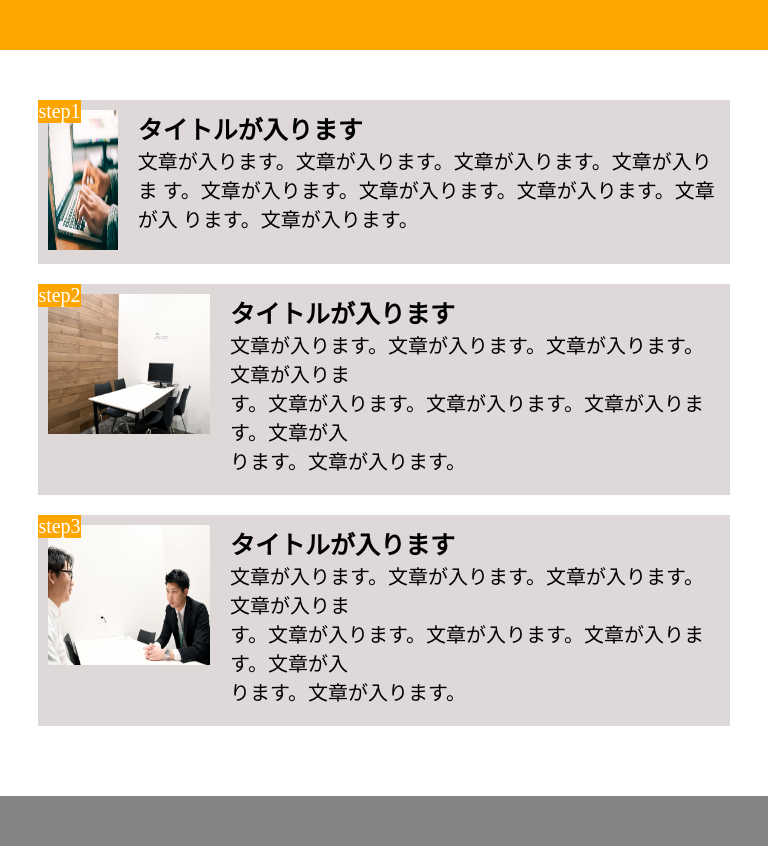
Repository: ishidaryu/ishidaryu
Page: HW/HW.html
The author's editor kept a record of every edit. The page is drawn from the files as they stood at one moment, then again after the next edit.
The browser window is 768 px wide. The pictures show the whole page.

Above is the page before.

### HW/HW.html
<!DOCTYPE html>
<html lang="ja">

  <head>
     <meta charset="UTF-8" />
     <link rel="stylesheet" href="HW.css" />
  </head>

  <body>

    <header></header>


    <main>
      <section class="blog">
        <div calss-="blog-box">

          <div class="blog-item">
            <div class="blog-box1">
              <img class="blog-image" src="flow01.png" />
              <p>
                step1
              </p>
            </div>

              <section class="blog-text">
                <h3 class="blog-text-headimg">
                  <p class="blog-title">
                    タイトルが入ります
                  </p>
                </h3>
              <p class="blog-date">
                文章が入ります。文章が入ります。文章が入ります。文章が入りま
                す。文章が入ります。文章が入ります。文章が入ります。文章が入
                ります。文章が入ります。
                </p>
              </section>
            </div>

          <div class="blog-item">
            <div class="blog-box2">

              <img class="blog-image" src="flow02.png" />
               <p style="text-align:center">
                step2
               </p>
            </div>

                <section class="blog-text">
                  <h3 class="blog-text-headimg">
                    <p class="blog-title">
                      タイトルが入ります
                    </p>
                  </h3>
                <p class="blog-date">
                      文章が入ります。文章が入ります。文章が入ります。文章が入りま<br />
                      す。文章が入ります。文章が入ります。文章が入ります。文章が入<br />
                      ります。文章が入ります。
                </p>
                </section>
          </div>

          <div class="blog-item">
            <div class="blog-box3">
              <img class="blog-image" src="flow03.png" />
              <p>
                step3
              </p>
            </div>
                <section class="blog-text">
                  <h3 class="blog-text-headimg">
                    <p class="blog-title">
                      タイトルが入ります
                    </p>
                </h3>
              <p class="blog-date">
                      文章が入ります。文章が入ります。文章が入ります。文章が入りま<br />
                      す。文章が入ります。文章が入ります。文章が入ります。文章が入<br />
                      ります。文章が入ります。
                </p>
                </section>
            </div>
        </section>
        </div>

    </main>


    <footer></footer>

  </body>
</html>

### HW/HW.css
* {
  margin: 0;
  padding: 0;
  box-sizing: border-box;

}



a {
  text-decoration: none;
}

header {
  width: 100%;
  height: 50px;
  background-color: orange;
}

main {
  width: 100%;
  display: flex;
  justify-content: center;
  margin: 0 auto;
  padding: 50px 0;
}

.blog {
  width: 90%;
  display: flex;
}


.blog-box {
  display: flex;
  flex-warp: wrap;
  padding-top: 50px;
}

.blog-box1 {
  position: relative;
}

.blog-box1 p {
  position: absolute;
  color: white;
  top: 0;
  left: 0;
  margin: 0;
  background: orange;
  font-size: 20px;
}

.blog-box2 {
  position: relative;
}

.blog-box2 p {
  position: absolute;
  color: white;
  top: 0;
  left: 0;
  margin: 0;
  background: orange;
  font-size: 20px;
}

.blog-box3 {
  position: relative;
}

.blog-box3 p {
  position: absolute;
  color: white;
  top: 0;
  left: 0;
  margin: 0;
  background: orange;
  font-size: 20px;
}

.blog-item {
  padding-bottom: 10px;
  margin-bottom: 20px;

  justify-content: flex-start;
  background-color: #dfd8d8;
}

.blog-image {
  width: 100%;
  height: 150px;
  padding: 10px 10px 0 10px;
}

.blog-text {
  padding: 10px;
}

.blog-text-heading {
  padding-bottom: 15px;
}

.blog-title {
  font-size: 25px;
}

.blog-date {
  font-size: 20px;
}


footer {
  width: 100%;
  height: 50px;
  background-color: #848282;
}


  @media screen and (max-width: 768px) {
    .blog-item {
    display: flex
  }


     /*
  .blog-box {
    display: block;
  }

  .blog-image {
    width: 50%;
  }

  .blog-text {
    width: 50%;
    padding-top: 5px;
  } */



}

After the next edit:
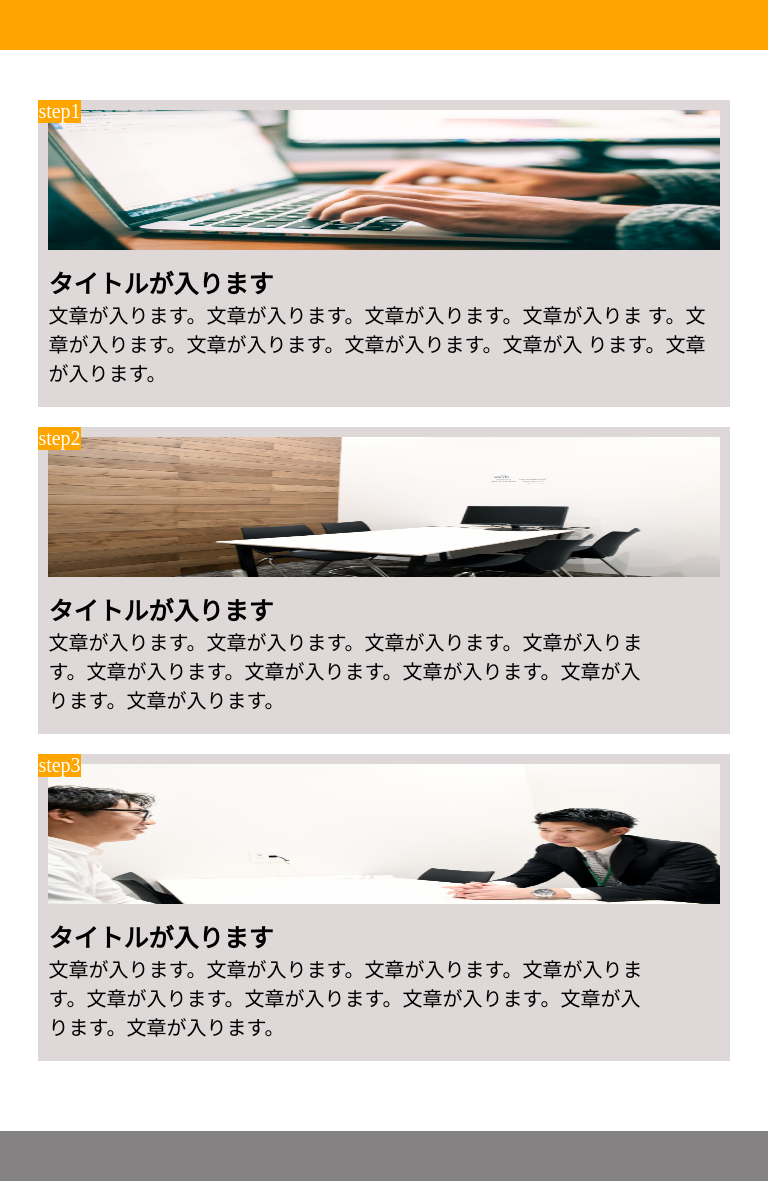
The edit:
--- a/HW/HW.css
+++ b/HW/HW.css
@@ -117,26 +117,8 @@
 }
 
 
-  @media screen and (max-width: 768px) {
-    .blog-item {
-    display: flex
+@media screen and (max-width:768px) {
+    .blog-box {
   }
 
-
-     /*
-  .blog-box {
-    display: block;
-  }
-
-  .blog-image {
-    width: 50%;
-  }
-
-  .blog-text {
-    width: 50%;
-    padding-top: 5px;
-  } */
-
-
-
 }
